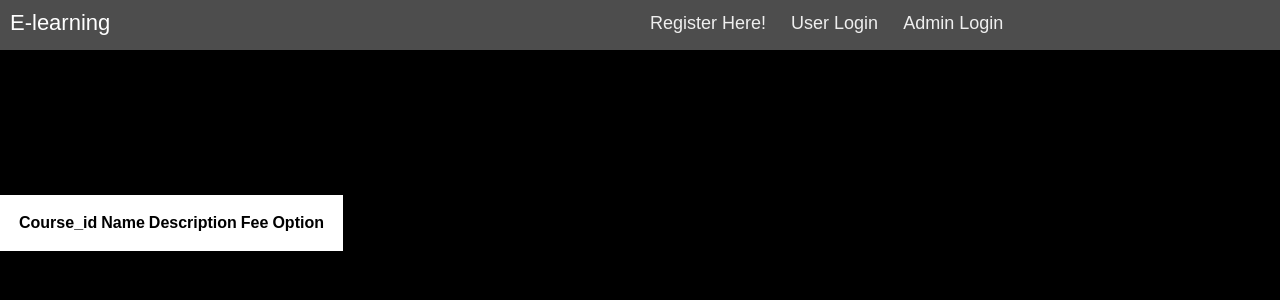
Repository: hemanthchallacs/learning_spring_boot
Page: http://localhost/courseList
An editor plug-in stored every save of this project. The page is shown before and after the next save, followed by the edit.
The browser window is 1280 px wide. The pictures show the whole page.
The page is this project's Thymeleaf template; nobody is signed in. The template is opened directly, without the code that normally fills it, so the values that code supplies are empty.

Above is the page before, as saved 2021-07-12 19:07:28.

### ver1_elearning/src/main/resources/templates/courseList.html
<!DOCTYPE html>
<html  xmlns:th ="http://www.thymeleaf.org">
<head>
<meta charset="ISO-8859-1">
<title>Course List</title>
<style>

* {
  box-sizing: border-box;
}

body {
  margin: 0px;
  font-family: 'segoe ui';
}

.nav {
  height: 50px;
  width: 100%;
  background-color: #4d4d4d;
  position: relative;
  position: fixed;
    width: 100%;
    top: 0;
}

.nav > .nav-header {
  display: inline;
}

.nav > .nav-header > .nav-title {
  display: inline-block;
  font-size: 22px;
  color: #fff;
  padding: 10px 10px 10px 10px;
}

.nav > .nav-btn {
  display: none;
}

.nav > .nav-links {
  display: inline;
  float: right;
  font-size: 18px;
  right:0;
}

.nav > .nav-links > a {
  display: inline-block;
  padding: 13px 10px 13px 10px;
  text-decoration: none;
  color: #efefef;
}

.nav > .nav-links > a:hover {
  background-color: rgba(0, 0, 0, 0.3);
}

.nav > #nav-check {
  display: none;
}

@media (max-width:600px) {
  .nav > .nav-btn {
    display: inline-block;
    position: absolute;
    right: 0px;
    top: 0px;
  }
  .nav > .nav-btn > label {
    display: inline-block;
    width: 50px;
    height: 50px;
    padding: 13px;
  }
  .nav > .nav-btn > label:hover,.nav  #nav-check:checked ~ .nav-btn > label {
    background-color: rgba(0, 0, 0, 0.3);
  }
  .nav > .nav-btn > label > span {
    display: block;
    width: 25px;
    height: 10px;
    border-top: 2px solid #eee;
  }
  .nav > .nav-links {
    position: absolute;
    display: block;
    width: 100%;
    background-color: #333;
    height: 0px;
    transition: all 0.3s ease-in;
    overflow-y: hidden;
    top: 50px;
    left: 0px;
  }
  .nav > .nav-links > a {
    display: block;
    width: 100%;
  }
  .nav > #nav-check:not(:checked) ~ .nav-links {
    height: 0px;
  }
  .nav > #nav-check:checked ~ .nav-links {
    height: calc(100vh - 50px);
    overflow-y: auto;
  }
}


div{

height:50%;
width:50%;
margin:auto;

}


body {
  font-family: Arial, Helvetica, sans-serif;
  background-color: black;
}

* {
  box-sizing: border-box;
}

/* Add padding to containers */
.container {
  padding: 16px;
  background-color: white;
}

/* Full-width input fields */
input[type=text], input[type=password] {
  width: 100%;
  padding: 15px;
  margin: 5px 0 22px 0;
  display: inline-block;
  border: none;
  background: #f1f1f1;
}

input[type=file], input[type=password] {
  width: 100%;
  padding: 15px;
  margin: 5px 0 22px 0;
  display: inline-block;
  border: none;
  background: #f1f1f1;
}

input[type=text]:focus, input[type=password]:focus {
  background-color: #ddd;
  outline: none;
}

/* Overwrite default styles of hr */
hr {
  border: 1px solid #f1f1f1;
  margin-bottom: 25px;
}

/* Set a style for the submit button */
.registerbtn {
  background-color: #04AA6D;
  color: white;
  padding: 16px 20px;
  margin: 8px 0;
  border: none;
  cursor: pointer;
  width: 100%;
  opacity: 0.9;
}

.resetbtn {
  background-color: red;
  color: white;
  padding: 16px 20px;
  margin: 8px 0;
  border: none;
  cursor: pointer;
  width: 100%;
  opacity: 0.9;
}

.resetbtn:hover {
  opacity: 1;
}


.registerbtn:hover {
  opacity: 1;
}

/* Add a blue text color to links */
a {
  color: dodgerblue;
}

/* Set a grey background color and center the text of the "sign in" section */
.signin {
  background-color: #f1f1f1;
  text-align: center;
}
</style>
</head>
<body>
<div class="nav" >

  <div class="nav-header">
    <div class="nav-title">
      E-learning
    </div>
  </div>
  <div class="nav-btn">
    <label for="nav-check">
      <span></span>
      <span></span>
      <span></span>
    </label>
  </div>

  <div class="nav-links">
   <a th:href=@{/RegistrationForm}>Register Here!</a>
	<a th:href=@{/login}>User Login</a>
	<a th:href=@{/adminlogin}>Admin Login</a>

  </div>
</div>

<a th:href=@{/myProfile}>My Profile </a>
<a th:href=@{/myCourses}>My Courses </a>
<a th:href=@{/contact}>Contact </a>
<a th:href=@{/logout}>logout </a>
<br><br>
<h3>Course List</h3>
<div style="width:100%;height:100px;border:0px solid #000;color:green;"><h2 style="float:right" th:text="${message}"></h2></div>
<table class="container">

	<tr>
		<th>Course_id</th>
		<th>Name</th>
		<th>Description</th>
		<th>Fee</th>
		<th>Option</th>

	</tr>
	<tr th:each="course: ${courses}">
    	<td th:text="${course.course_id}" />
   		<td th:text="${course.c_name}" />
   		<td th:text="${course.c_desp}" />
   		<td th:text="${course.c_fees}" />
   		<td>
   		<a th:href="@{'/course/enroll/' + ${course.course_id}+'/enrollme'}">
        	<span>Enroll</span>
   			 </a>

   		</td>
    </tr>


</table>

</body>
</html>

After the next save:
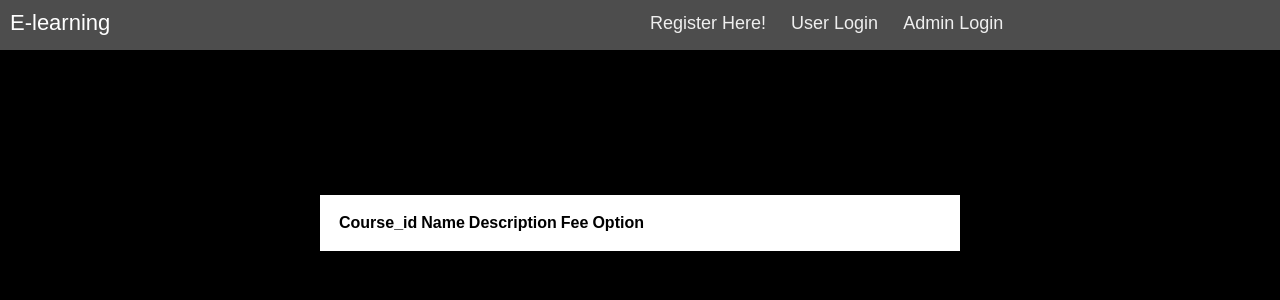
Saved 49 s later.
--- a/ver1_elearning/src/main/resources/templates/courseList.html
+++ b/ver1_elearning/src/main/resources/templates/courseList.html
@@ -237,7 +237,8 @@ a {
 <br><br>
 <h3>Course List</h3>
 <div style="width:100%;height:100px;border:0px solid #000;color:green;"><h2 style="float:right" th:text="${message}"></h2></div>
-<table class="container">
+<div class="container">
+<table >
 
 	<tr>
 		<th>Course_id</th>
@@ -262,6 +263,6 @@ a {
 
 
 </table>
-
+</div>
 </body>
 </html>
